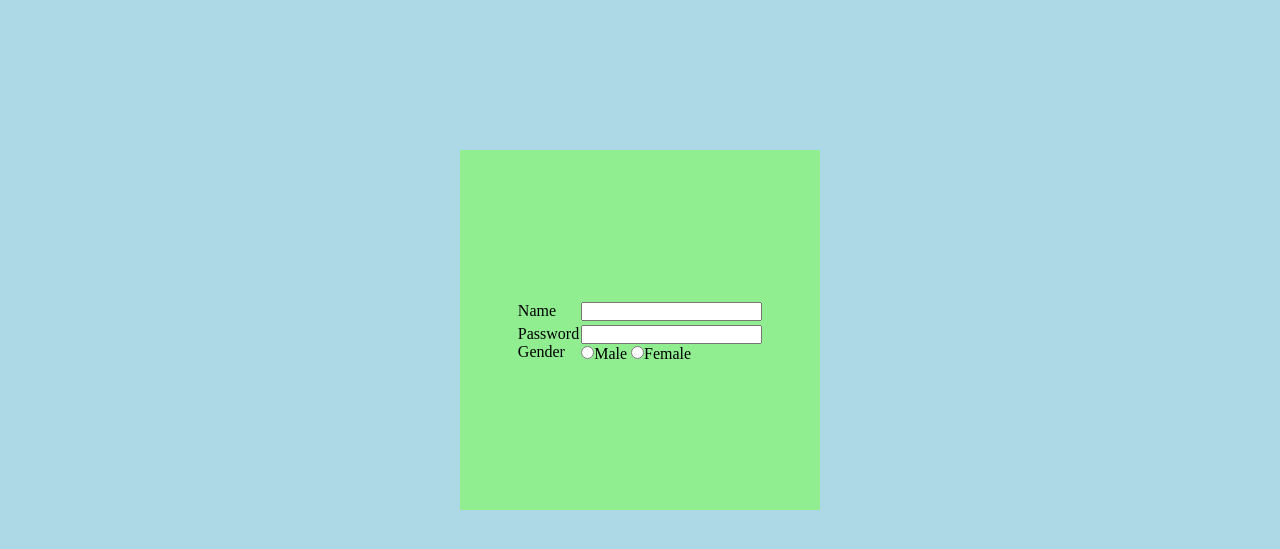
Repository: yash1sh/Java
Page: http://localhost/Servlet_Demo/
The author's editor kept a copy of each file at every save. The page is drawn from the files as they stood at one save, then again after the next save.
The browser window is 1280 px wide. The pictures show the whole page.
The page is served by Tomcat 9. Other server files are loaded and not shown.

Above is the page before, as saved 2022-05-14 10:39:09.

### Bootcmp/Servlet_Demo/src/main/webapp/index.html
<!DOCTYPE html>
<html>
<head>
<meta charset="ISO-8859-1">
<title>Insert title here</title>
<link rel="stylesheet" type="text/css" href="./indexcss.css">
</head>
<body>

	<section class="form" >
		<article>
			<form action="hi">
				<table>

					<tr> <td> <label>Name</label> </td>
						<td><input type="text" id="Name"></td>
					<tr>

					<tr>
						<td><label>Password</label></td>
						<td><input type="password" id="password"></td>
					</tr>

					<tr>
						<td> <label>Gender</label></td>
						<td> <input type="radio" name="gender"id="gender">Male
						<input type="radio" name="gender">Female</td>
					</tr>
				</table>
			</form>
		</article>
	</section>

</body>
</html>

### Bootcmp/Servlet_Demo/src/main/webapp/indexcss.css

*{
margin:0;
padding:0;
box-sizing: border-box;
}
.form{
	display:flex;
	justify-content:center;
	align-items:center;
	background-color: lightgreen;
	width:50vh;
	height:50vh;
	color:black;
	margin-top: 150px;
}
body{
	display:flex;
	justify-content:center;
	align-items: center;
	background-color: lightblue;
}
.form article form table{
	line-height: 10px;
}

After the next save:
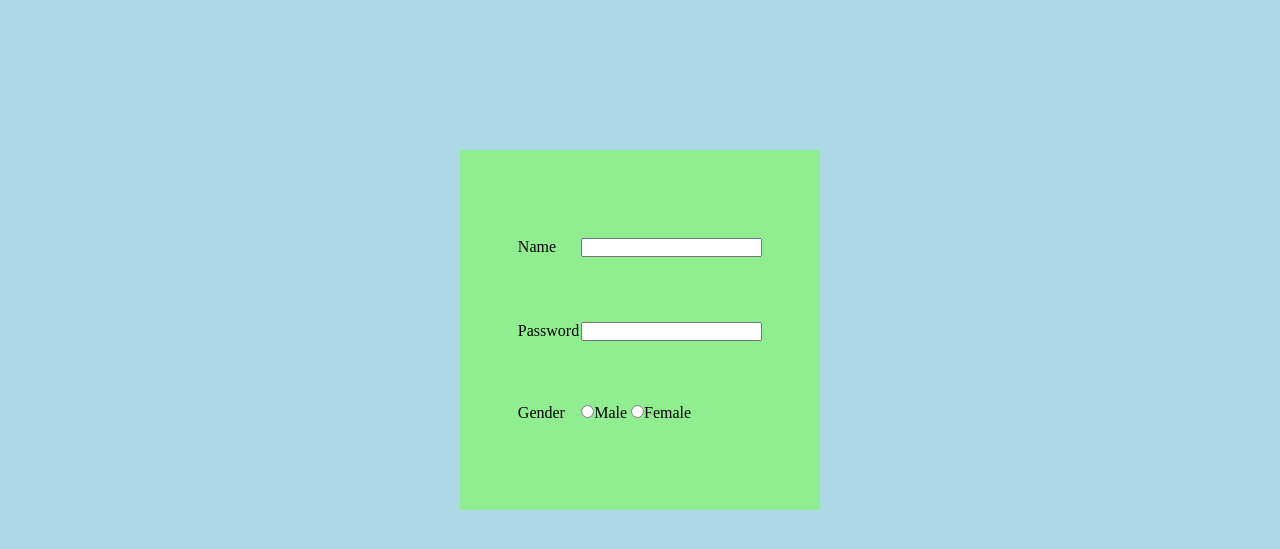
Saved 8 s later.
--- a/Bootcmp/Servlet_Demo/src/main/webapp/indexcss.css
+++ b/Bootcmp/Servlet_Demo/src/main/webapp/indexcss.css
@@ -21,5 +21,5 @@ body{
 	background-color: lightblue;
 }
 .form article form table{
-	line-height: 10px;
+	line-height: 80px;
 }
